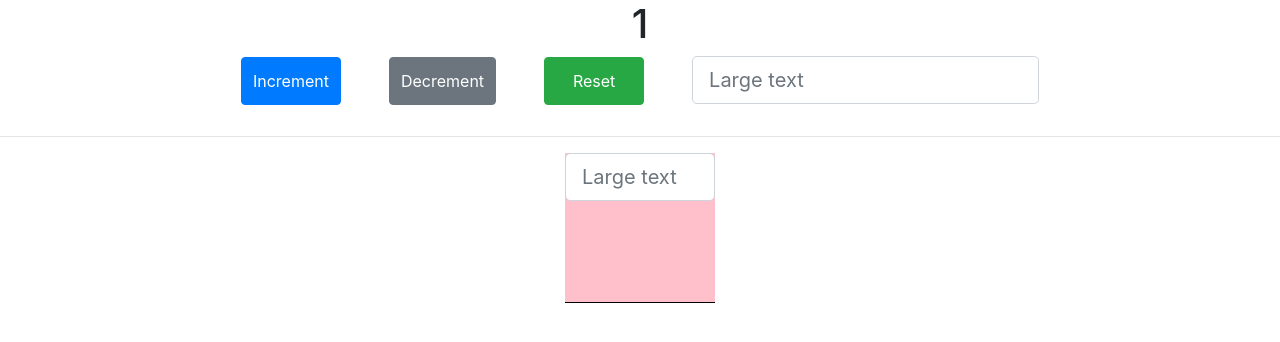
Repository: tts2610/redux-counter
Page: /
An editor plug-in stored every save of this project. The page is shown before and after the next save, followed by the edit.
The browser window is 1280 px wide. The pictures show the whole page.
The project was rebuilt for these pictures with package versions that can differ from the ones it lists, and the page was loaded fresh each time.

Above is the page before, as saved 2020-06-09 18:55:45.

After the next save:
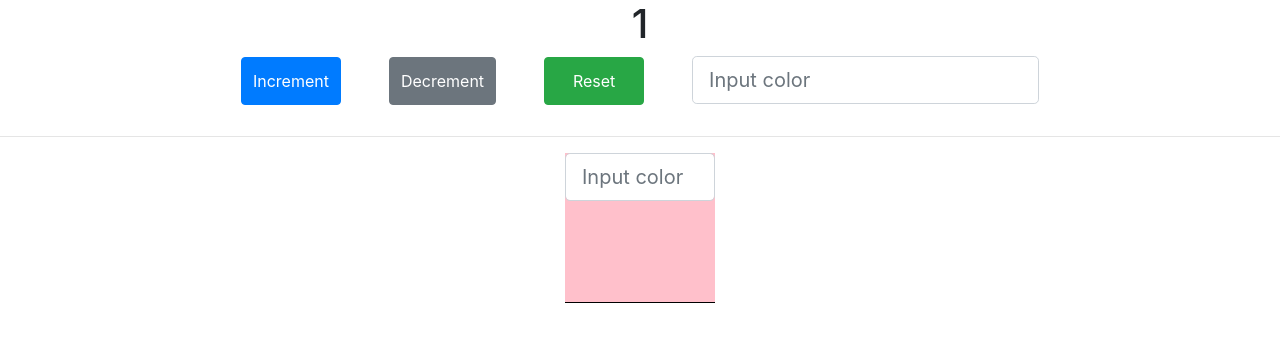
Saved 24 s later.
--- a/src/App.js
+++ b/src/App.js
@@ -28,7 +28,7 @@ function App() {
             size="lg"
             onChange={(e) => handleOnChange(e, index)}
             type="text"
-            placeholder="Large text"
+            placeholder="Input color"
           />
         </Form.Group>
       </div>
@@ -89,7 +89,7 @@ function App() {
               })
             }
             type="text"
-            placeholder="Large text"
+            placeholder="Input color"
           />
         </Form.Group>
       </div>
